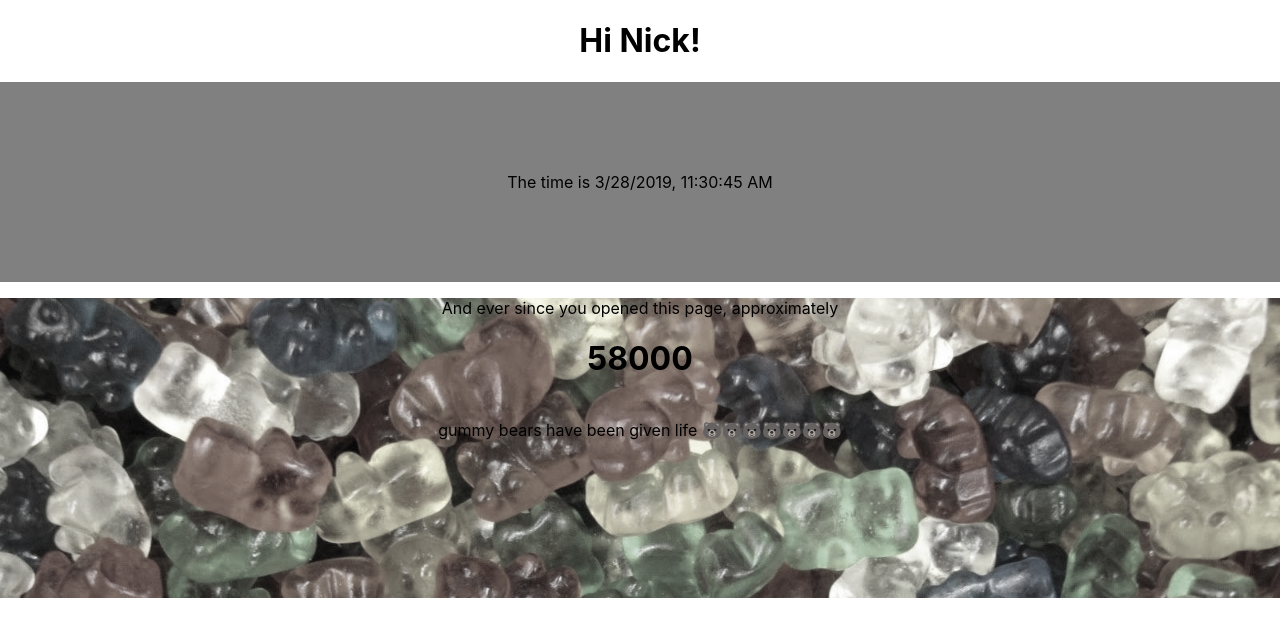
Repository: crispinonicky/gummy-facts
Page: /
The author's editor kept a copy of each file at every save. The page is drawn from the files as they stood at one save, then again after the next save.
The browser window is 1280 px wide. The pictures show the whole page.
The project was rebuilt for these pictures with package versions that can differ from the ones it lists, and the page was loaded fresh each time.

Above is the page before, as saved 2019-03-28 15:33:33.

After the next save:
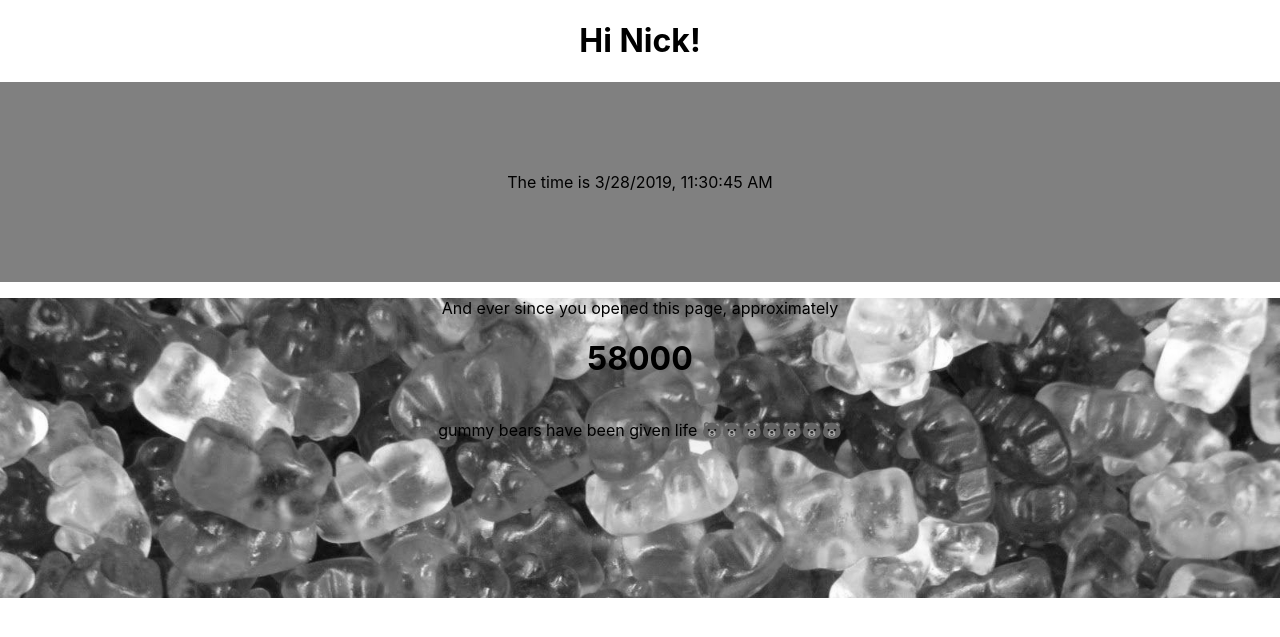
Saved 8 s later.
--- a/src/App.css
+++ b/src/App.css
@@ -18,7 +18,7 @@
   height: 300px;
   background: url('./images/gummy\ bears.jpg');
   background-size: cover;
-  filter: grayscale(90%)
+  filter: grayscale(100%)
 }
 
 /* #googleMap {
